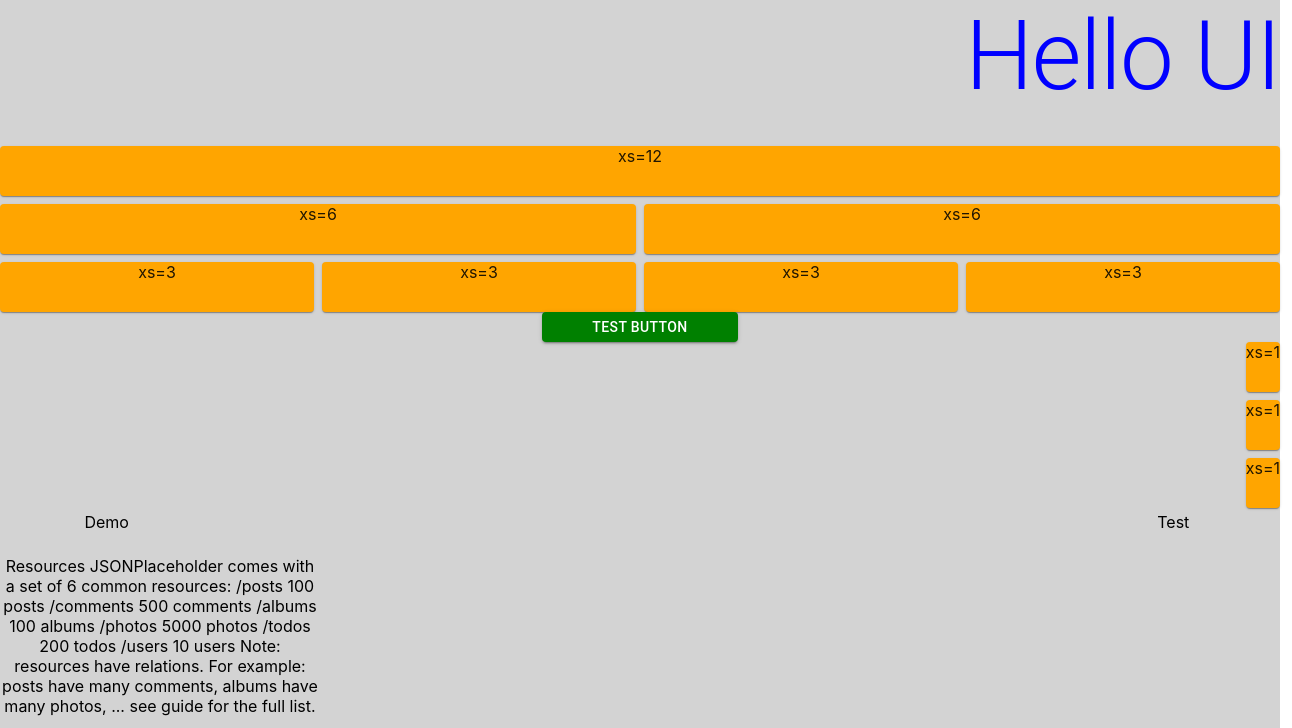
Repository: ShunsukeTanizaki/COVID19-Live
Page: /
The author's editor kept a copy of each file at every save. The page is drawn from the files as they stood at one save, then again after the next save.
The browser window is 1280 px wide. The page is 1292 px wide, so the pictures cover 1292 px, including what lies to the right of the window. The pictures show the whole page.
The project was rebuilt for these pictures with package versions that can differ from the ones it lists, and the page was loaded fresh each time.

Above is the page before, as saved 2020-11-07 23:56:10.

### src/App.tsx
import React from "react";
// import logo from "./logo.svg";
import "./App.css";
import LinePlot from "./components/LinePlot";
import PiePlot from "./components/PiePlot";
import BarPlot from "./components/BarPlot";
import RaderPlot from "./components/RaderPlot";
import BubblePlot from "./components/BubblePlot";
import MaterialUI from "./components/MaterialUI ";

function App() {
    return (
        <div className="App">
            {/* <LinePlot />
            <PiePlot />
            <BarPlot />
            <RaderPlot />
            <BubblePlot /> */}

            <MaterialUI />
        </div>
    );
}

export default App;

### src/App.css
.App {
    background-color: lightgray;
    text-align: center;
}

.App-logo {
    height: 40vmin;
    pointer-events: none;
}

@media (prefers-reduced-motion: no-preference) {
    .App-logo {
        animation: App-logo-spin infinite 20s linear;
    }
}

.App-header {
    background-color: #282c34;
    min-height: 100vh;
    display: flex;
    flex-direction: column;
    align-items: center;
    justify-content: center;
    font-size: calc(10px + 2vmin);
    color: white;
}

.App-link {
    color: #61dafb;
}

@keyframes App-logo-spin {
    from {
        transform: rotate(0deg);
    }
    to {
        transform: rotate(360deg);
    }
}

### src/components/MaterialUI .tsx
import React from "react";
import { Button, makeStyles, Typography, Grid, Paper } from "@material-ui/core";

const useStyles = makeStyles({
    btnStyle: {
        background: "green",
        padding: "3px 50px"
    },
    typoStyle: {
        color: "blue"
    },
    paperStyle: {
        background: "orange",
        height: "50px"
    }
});

const MaterialUI: React.FC = () => {
    const classes = useStyles();
    return (
        <div>
            <Typography
                className={classes.typoStyle}
                color="secondary"
                variant="h1"
                align="right"
                gutterBottom
            >
                Hello UI
            </Typography>

            <Grid container spacing={1}>
                <Grid item xs={12}>
                    <Paper className={classes.paperStyle}>xs=12</Paper>
                </Grid>
                <Grid item xs={12} md={6}>
                    <Paper className={classes.paperStyle}>xs=6</Paper>
                </Grid>
                <Grid item xs={12} md={6}>
                    <Paper className={classes.paperStyle}>xs=6</Paper>
                </Grid>
                <Grid item xs={6} md={3}>
                    <Paper className={classes.paperStyle}>xs=3</Paper>
                </Grid>
                <Grid item xs={6} md={3}>
                    <Paper className={classes.paperStyle}>xs=3</Paper>
                </Grid>
                <Grid item xs={6} md={3}>
                    <Paper className={classes.paperStyle}>xs=3</Paper>
                </Grid>
                <Grid item xs={6} md={3}>
                    <Paper className={classes.paperStyle}>xs=3</Paper>
                </Grid>
            </Grid>

            <Button
                className={classes.btnStyle}
                variant="contained"
                color="primary"
            >
                test Button
            </Button>

            <Grid
                container
                direction="column"
                justify="flex-start"
                alignItems="flex-end"
                spacing={1}
            >
                <Grid item xs={1}>
                    <Paper className={classes.paperStyle}>xs=1</Paper>
                </Grid>
                <Grid item xs={1}>
                    <Paper className={classes.paperStyle}>xs=1</Paper>
                </Grid>
                <Grid item xs={1}>
                    <Paper className={classes.paperStyle}>xs=1</Paper>
                </Grid>
            </Grid>

            <Grid container spacing={3} direction="column">
                <Grid item xs={12} container>
                    <Grid item xs={2}>
                        Demo
                    </Grid>
                    <Grid item xs={8} />
                    <Grid item xs={2}>
                        Test
                    </Grid>
                </Grid>
                <Grid item xs={12} container>
                    <Grid item xs={3} justify="space-around">
                        Resources JSONPlaceholder comes with a set of 6 common
                        resources: /posts 100 posts /comments 500 comments
                        /albums 100 albums /photos 5000 photos /todos 200 todos
                        /users 10 users Note: resources have relations. For
                        example: posts have many comments, albums have many
                        photos, ... see guide for the full list.
                    </Grid>
                </Grid>
            </Grid>
        </div>
    );
};

export default MaterialUI;

Loaded but not shown: public/index.html (common file); src/index.tsx (common file); src/index.css (common file); src/reportWebVitals.ts (common file)

After the next save:
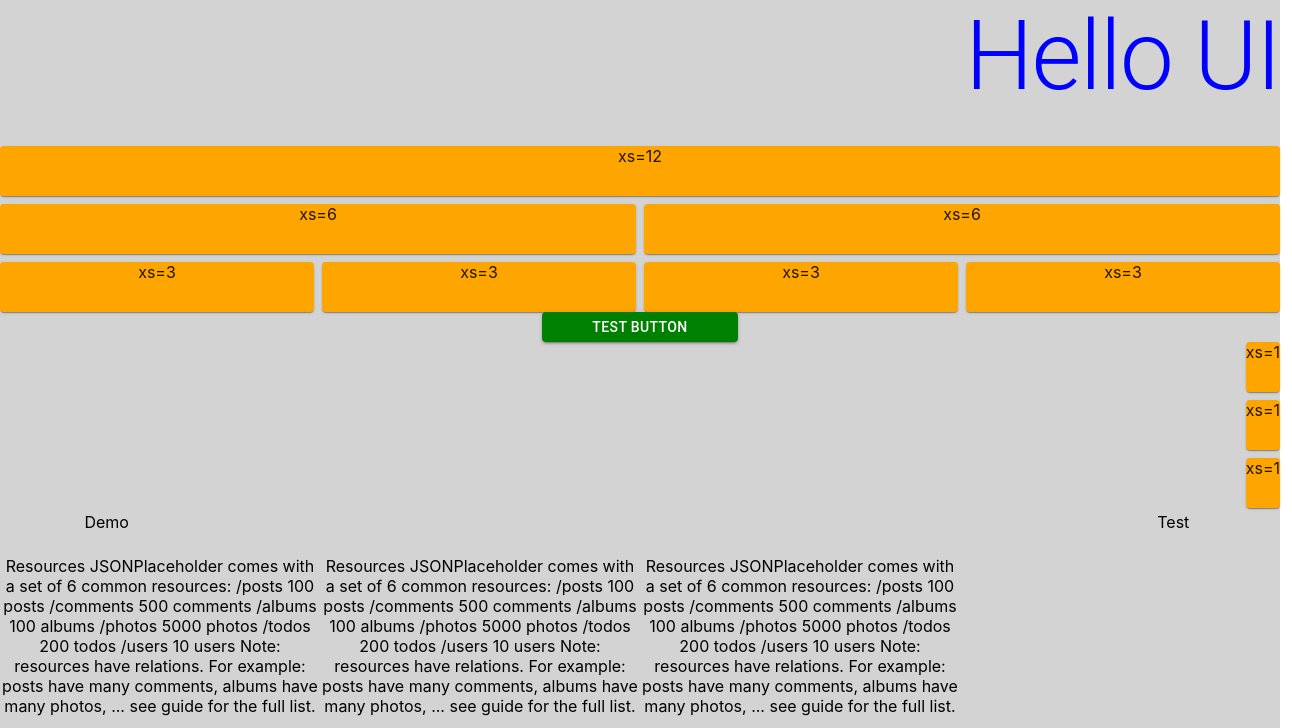
Saved 10 s later.
--- a/src/components/MaterialUI .tsx
+++ b/src/components/MaterialUI .tsx
@@ -98,6 +98,22 @@ const MaterialUI: React.FC = () => {
                         example: posts have many comments, albums have many
                         photos, ... see guide for the full list.
                     </Grid>
+                    <Grid item xs={3} justify="space-around">
+                        Resources JSONPlaceholder comes with a set of 6 common
+                        resources: /posts 100 posts /comments 500 comments
+                        /albums 100 albums /photos 5000 photos /todos 200 todos
+                        /users 10 users Note: resources have relations. For
+                        example: posts have many comments, albums have many
+                        photos, ... see guide for the full list.
+                    </Grid>
+                    <Grid item xs={3} justify="space-around">
+                        Resources JSONPlaceholder comes with a set of 6 common
+                        resources: /posts 100 posts /comments 500 comments
+                        /albums 100 albums /photos 5000 photos /todos 200 todos
+                        /users 10 users Note: resources have relations. For
+                        example: posts have many comments, albums have many
+                        photos, ... see guide for the full list.
+                    </Grid>
                 </Grid>
             </Grid>
         </div>
